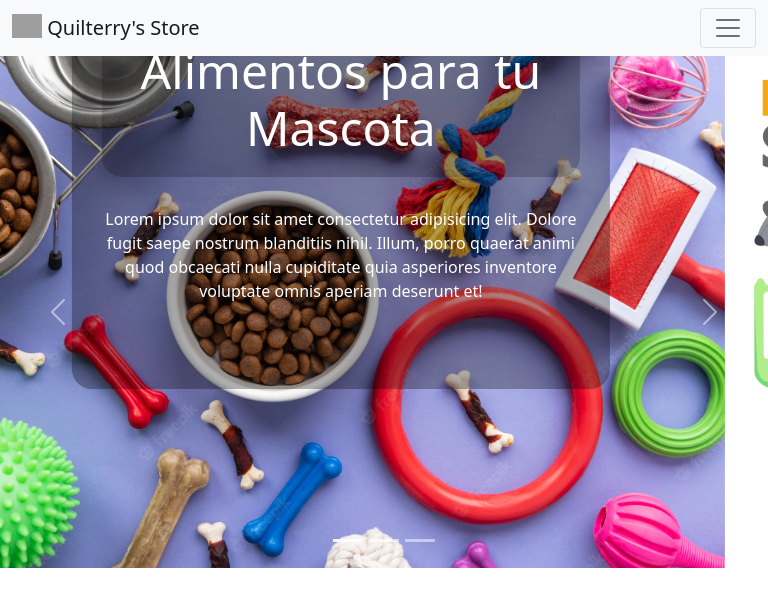
Repository: mormazabal141046/duoc_django_prueba
Page: http://localhost/
The author's editor kept a copy of each file at every save. The page is drawn from the files as they stood at one save, then again after a run of saves.
The browser window is 768 px wide. The pictures show the whole page.
Pictures or frames that could not be fetched are drawn as grey boxes. Some web libraries are served in a nearby version. The page is served by the project's application, run on Django 4.2 (manage.py).

Above is the page before, as saved 2022-05-18 16:59:05.

After the next 3 saves:
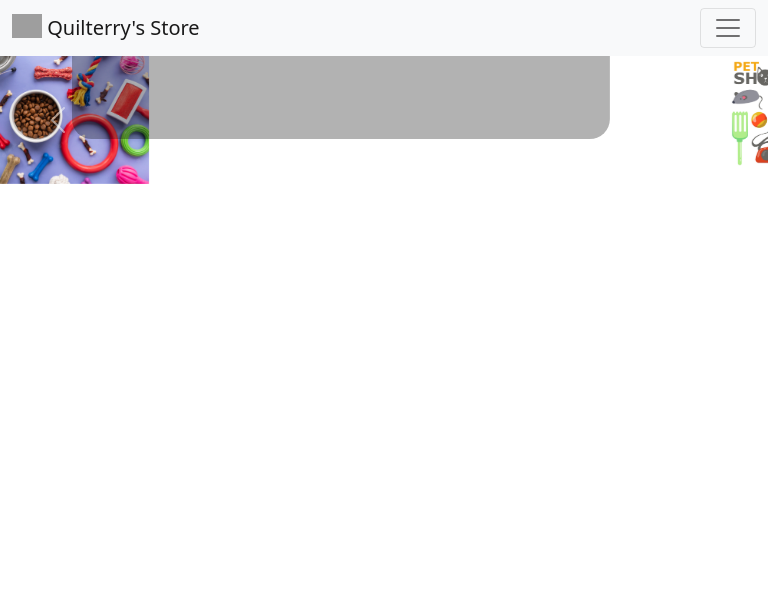
The 3 saves are shown as one change because they came seconds apart.
The last was saved 2 min 45 s later.
--- a/duoc_django_prueba/static/css/style.css
+++ b/duoc_django_prueba/static/css/style.css
@@ -44,6 +44,11 @@
         width: 25% !important;
     }
 }
+@media(max-width:1000px){
+    .carousel-item img{
+        width: 25% !important;
+    }
+}
 @media(max-width:800px){
     .card{
         width: 75% !important;

After the save that followed:
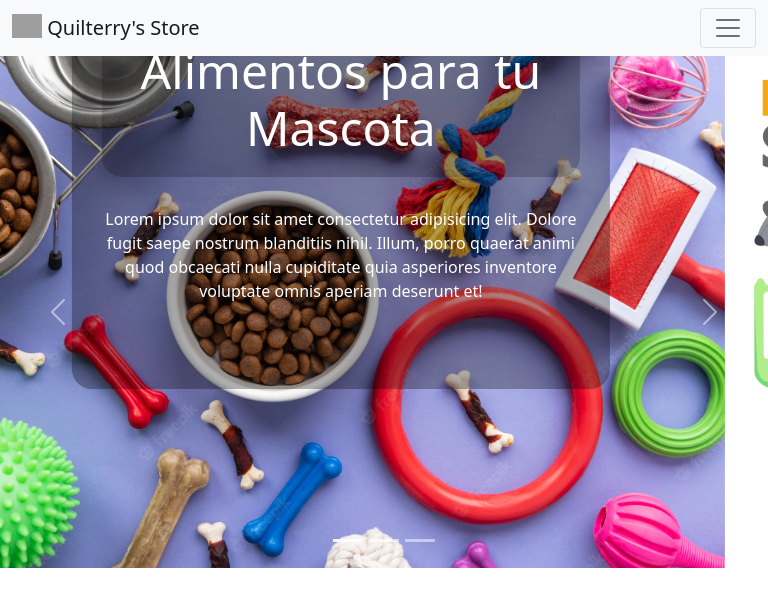
Saved 13 s later.
--- a/duoc_django_prueba/static/css/style.css
+++ b/duoc_django_prueba/static/css/style.css
@@ -46,7 +46,7 @@
 }
 @media(max-width:1000px){
     .carousel-item img{
-        width: 25% !important;
+        height: 100% !important;
     }
 }
 @media(max-width:800px){
